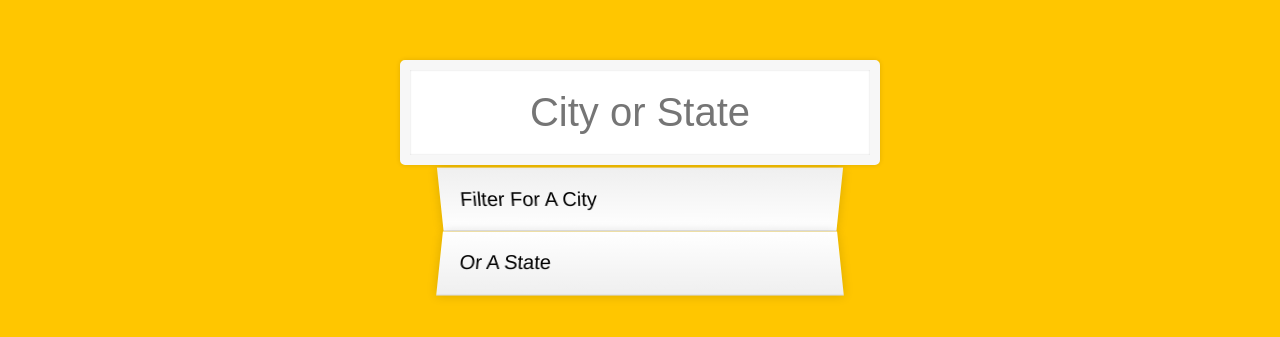
Repository: Saieebawake/Type-Ahead-City-or-State-Search
Page: index.html
The author's editor kept a copy of each file at every save. The page is drawn from the files as they stood at one save, then again after a run of saves.
The browser window is 1280 px wide. The pictures show the whole page.
The page's requests for data from a server got no answer.

Above is the page before, as saved 2026-09-27 20:48:00.

### index.html
<!DOCTYPE html>
<html lang="en">
<head>
    <meta charset="UTF-8">
    <meta name="viewport" content="width=device-width, initial-scale=1.0">
    <title>Type Ahead</title>
    <link rel="stylesheet" href="style.css">
</head>
<body>
    <form class="search-form">
        <input type="text" class="search" placeholder="City or State">
        <ul class="suggestions">
            <li>Filter for a city</li>
            <li>or a state</li>
        </ul>
    </form>
    <script src="script.js"></script>
</body>
</html>

### style.css
html {
    box-sizing: border-box;
    background: #ffc600;
    font-family: 'helvetica neue';
    font-size: 20px;
    font-weight: 200;
}

*, *:before, *:after {
    box-sizing: inherit;
}

input {
    width: 100%;
    padding: 20px;
}

.search-form {
    max-width: 400px;
    margin: 50px auto;
}

input.search {
    margin: 0;
    text-align: center;
    outline: 0;
    border: 10px solid #f7f7f7;
    width: 120%;
    left: -10%;
    position: relative;
    top: 10px;
    z-index: 2;
    border-radius: 5px;
    font-size: 40px;
    box-shadow: 0 0 5px rgba(0, 0, 0, 0.12), inset 0 0 2px rgba(0, 0, 0, 0.19);
}

.suggestions {
    margin: 0;
    padding: 0;
    position: relative;
}

.suggestions li {
    background: white;
    list-style: none;
    border-bottom: 1px solid #d8d8d8;
    box-shadow: 0 0 10px rgba(0, 0, 0, 0.14);
    margin: 0;
    padding: 20px;
    transition: background 0.2s;
    display: flex;
    justify-content: space-between;
    text-transform: capitalize;
}

.suggestions li:nth-child(even) {
    transform: perspective(100px) rotateX(3deg) translateY(2px) scale(1.001);
    background: linear-gradient(to bottom, #ffffff 0%, #efefef 100%);
}

.suggestions li:nth-child(odd) {
    margin-top: 10px;
    transform: perspective(100px) rotateX(-3deg) translateY(3px);
    background: linear-gradient(to top, #ffffff 0%, #efefef 100%);
}

span.population {
    font-size: 15px;
}

.hl {
    background: #ffc600;
}

### script.js
const endpoint = 'https://gist.githubusercontent.com/Miserlou/c5cd8364bf9b2420bb29/raw/2bf258763cdddd704f8ffd3ea9a3e81d25e2c6f6/cities.json'

const cities = [];

fetch(endpoint)
.then(blob => blob.json())
.then(data => cities.push(...data))

function findMatches(wordToMatch, cities) {
    return cities.filter(place => {
        const regex = new RegExp(wordToMatch, 'gi');
        return place.city.match(regex) || place.state.match(regex)
    });
}

function numberWithCommas(x) {
    return x.toString().replace(/|B(?=(\d{3})+(?!\d))/g, ',');
}

function displayMatches() {
    const matchArray = findMatches(this.value, cities);
    const html = matchArray.map(place => {
        const regex = new RegExp(this.value, 'gi');
        const cityName = place.city.replace(regex,`<span class="hl">${this.value}</span>`);
        const stateName = place.state.replace(regex,`<span class="hl">${this.value}</span>`);
        return `
        <li>
        <span class="name">${cityName}, ${stateName}</span>
        <span class="population">${numberWithCommas(place.population)}</span>
        </li>`;
    }).join('');
    suggestions.innerHTML = html;
}

const searchInput = document.querySelector('.search');
const suggestions = document.querySelector('.suggestions');

searchInput.addEventListener('change', displayMatches);
searchInput.addEventListener('keyup', displayMatches);

After the next 3 saves:
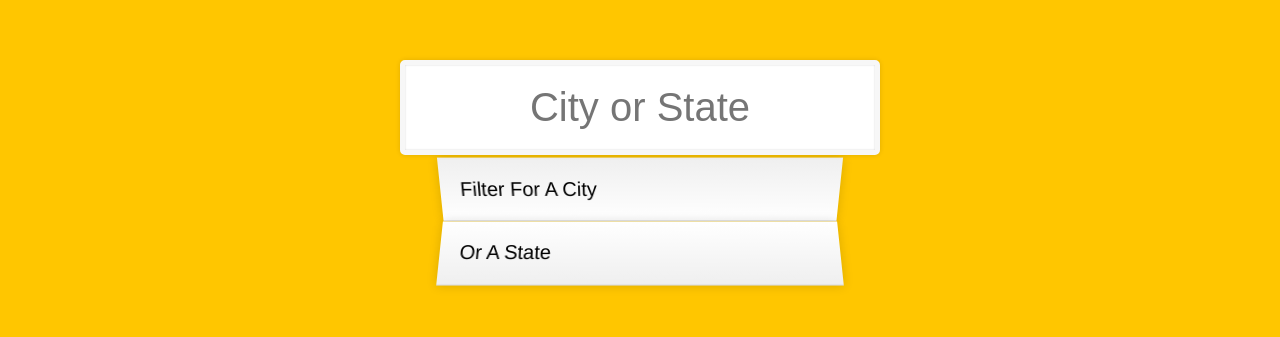
The 3 saves are shown as one change because they came seconds apart.
The last was saved 26 s later.
--- a/style.css
+++ b/style.css
@@ -24,7 +24,7 @@ input.search {
     margin: 0;
     text-align: center;
     outline: 0;
-    border: 10px solid #f7f7f7;
+    border: 5px solid #f7f7f7;
     width: 120%;
     left: -10%;
     position: relative;
